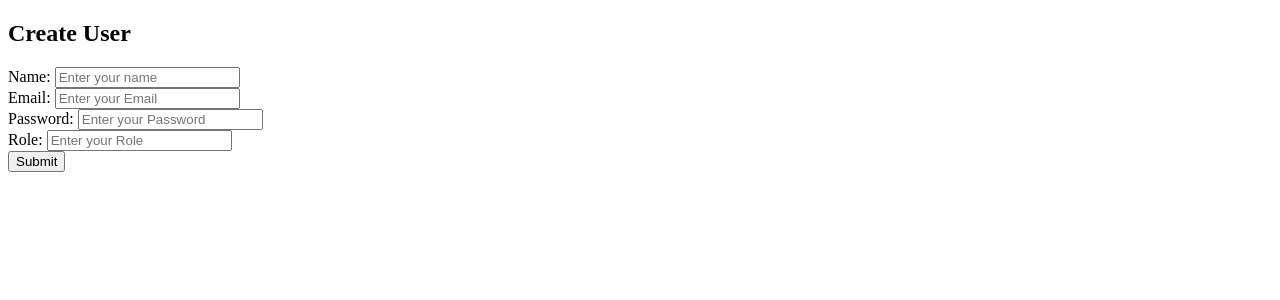
Repository: bharathabhi46/SkillSync-FrontEnd
Page: /
An editor plug-in stored every save of this project. The page is shown before and after the next save, followed by the edit.
The browser window is 1280 px wide. The pictures show the whole page.
The project was rebuilt for these pictures with package versions that can differ from the ones it lists, and the page was loaded fresh each time. Also part of the build but not shown: vite.config.js.

Above is the page before, as saved 2025-06-04 16:28:06.

After the next save:
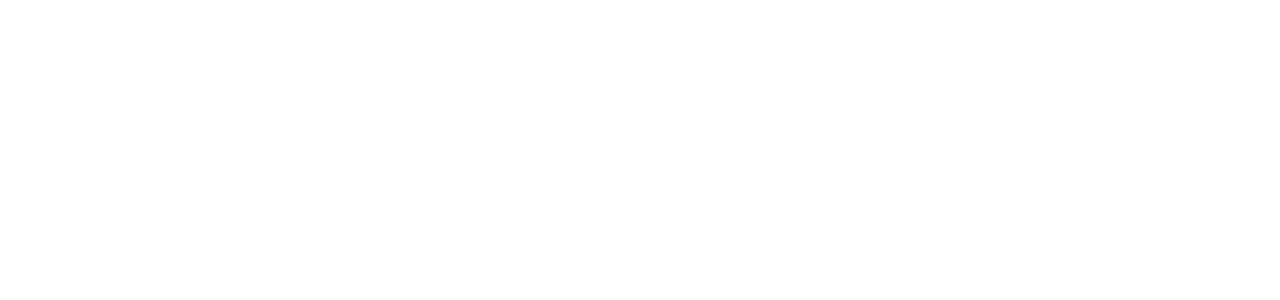
Console error: ReferenceError: e is not defined
Saved 16 s later.
--- a/src/Components/CreateUser/CreateUser.jsx
+++ b/src/Components/CreateUser/CreateUser.jsx
@@ -38,7 +38,7 @@
   return (
     <div>
       <h2>Create User</h2>
-      <form>
+      <form onSubmit={handleSubmit(e)}>
         <label>Name: </label>
         <input
           type="text"

After the 3 saves that followed:
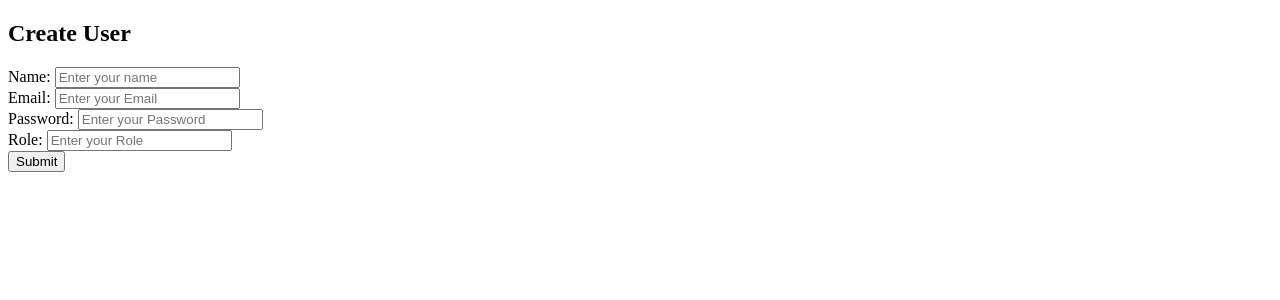
The error is gone.
The 3 saves are shown as one change because 2 left the picture as it was.
The last was saved 26 s later.
--- a/src/Components/CreateUser/CreateUser.jsx
+++ b/src/Components/CreateUser/CreateUser.jsx
@@ -16,7 +16,8 @@
       [e.target.name]: e.target.value,
     }));
   }
-  async function handleSubmit() {
+  async function handleSubmit(e) {
+    e.preventDefault();
     try {
       let res = await fetch(url, {
         method: "POST",
@@ -38,7 +39,7 @@
   return (
     <div>
       <h2>Create User</h2>
-      <form onSubmit={handleSubmit(e)}>
+      <form onSubmit={handleSubmit}>
         <label>Name: </label>
         <input
           type="text"
